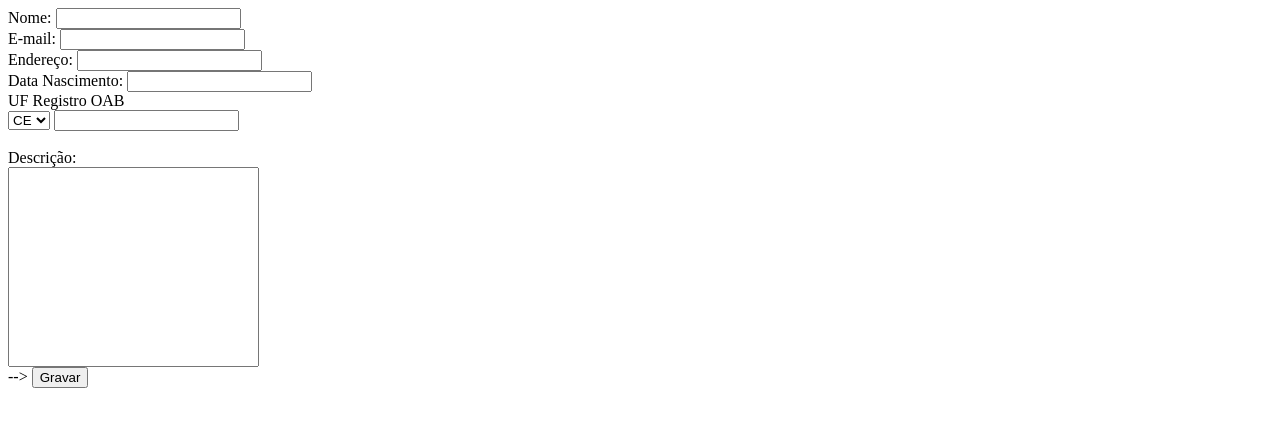
Repository: Natan16/CRUDJUSTTO
Page: CRUDJUSTTOWEB/WebContent/adiciona-advogado.html
An editor plug-in stored every save of this project. The page is shown before and after a run of saves, followed by the edit.
The browser window is 1280 px wide. The pictures show the whole page.

Above is the page before, as saved 2019-08-31 11:26:52.

### CRUDJUSTTOWEB/WebContent/adiciona-advogado.html
<html>
     <body>
         <form action="adicionaAdvogado" method="post">
             Nome: <input type="text" name="nome" /><br />
             E-mail: <input type="text" name="email" /><br />
             Endereço: <input type="text" name="endereco" /><br />
             Data Nascimento: <input type="text" name="dataNascimento" /><br />

                          UF                       Registro OAB <br />
             <select name="ufOAB">
			    <option value="volvo">CE</option>
			    <option value="saab">SP</option>
			    <option value="fiat">RJ</option>
			    <option value="audi">AM</option>
  			 </select>
  			 <input type="text" name="registroOAB" /><br />
  			 <br />

             Descrição: <br />
             <input style="height:200px;font-size:14pt;" type="text" name="desc" /><br />
		<!-- <!-- <div class="dropdown">
  			<button class="dropbtn">Dropdown</button>
  				<div class="dropdown-content">
    				<a href="#">Link 1</a>
    				<a href="#">Link 2</a>
    				<a href="#">Link 3</a>
  				</div>
		</div> --> -->
             <input   type="submit" value="Gravar" />
         </form>
     </body>
 </html>

After the next 4 saves:
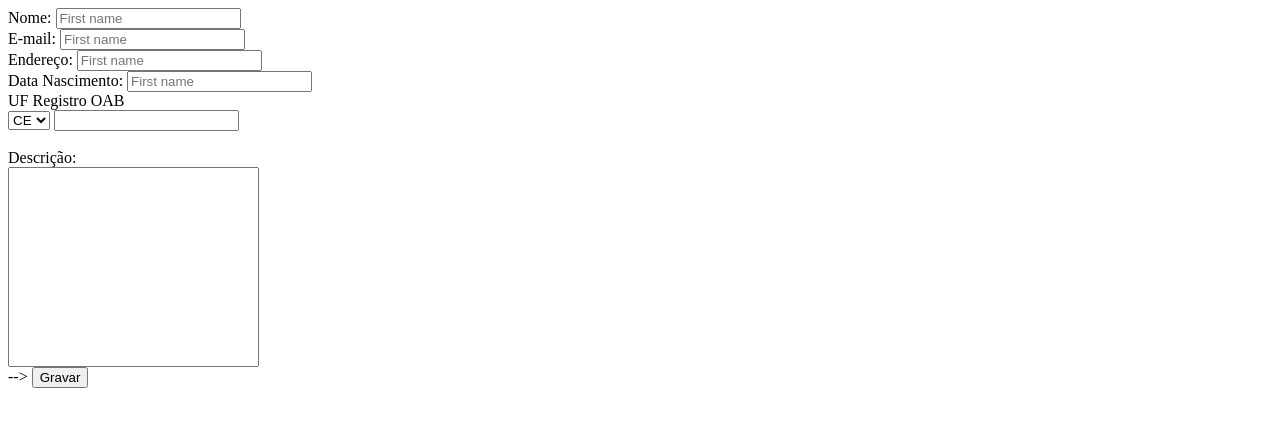
The 4 saves are shown as one change because they came seconds apart.
The last was saved 2 min 13 s later.
--- a/CRUDJUSTTOWEB/WebContent/adiciona-advogado.html
+++ b/CRUDJUSTTOWEB/WebContent/adiciona-advogado.html
@@ -1,10 +1,10 @@
 <html>
      <body>
          <form action="adicionaAdvogado" method="post">
-             Nome: <input type="text" name="nome" /><br />
-             E-mail: <input type="text" name="email" /><br />
-             Endereço: <input type="text" name="endereco" /><br />
-             Data Nascimento: <input type="text" name="dataNascimento" /><br />
+             Nome: <input type="text" name="nome" placeholder="First name"/><br />
+             E-mail: <input type="text" name="email" placeholder="First name"/><br />
+             Endereço: <input type="text" name="endereco" placeholder="First name"/><br />
+             Data Nascimento: <input type="text" name="dataNascimento" placeholder="First name"/><br />
 
                           UF                       Registro OAB <br />
              <select name="ufOAB">
